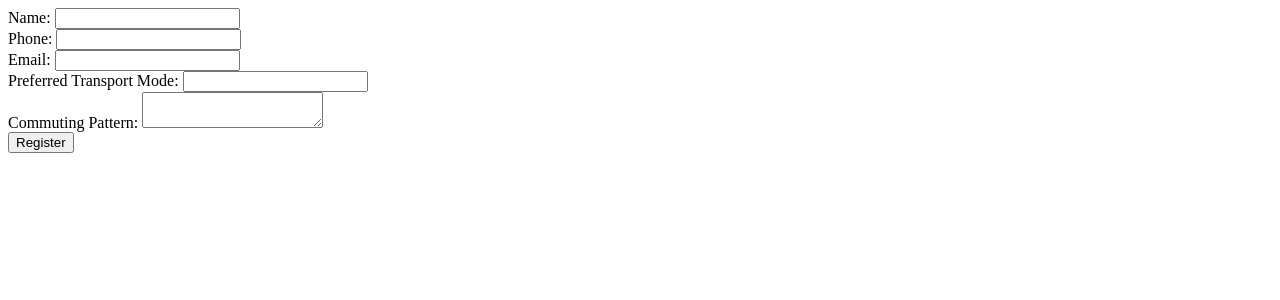
Repository: harutoNaiz/urban-mobility-system
Page: http://localhost/register
These files come from the project's save history. The page is drawn as it stood at one moment and after the next save; the edit follows.
The browser window is 1280 px wide. The pictures show the whole page.
The page is served by the project's application, run on Flask 3 (app.py).

Above is the page before, as saved 2024-11-12 19:48:03.

After the next save:
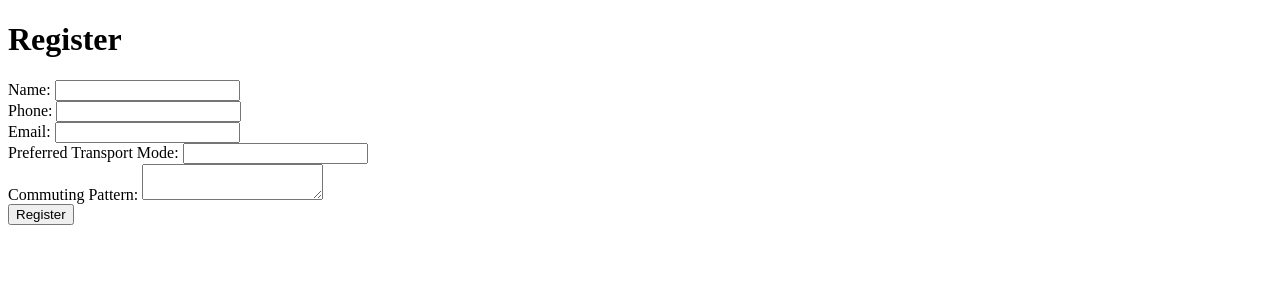
Saved 20 s later.
--- a/templates/register.html
+++ b/templates/register.html
@@ -1,9 +1,29 @@
-<!-- templates/register.html -->
-<form action="{{ url_for('register_user') }}" method="post">
-    <label>Name: <input type="text" name="name"></label><br>
-    <label>Phone: <input type="text" name="phone"></label><br>
-    <label>Email: <input type="email" name="email"></label><br>
-    <label>Preferred Transport Mode: <input type="text" name="preferred_transport"></label><br>
-    <label>Commuting Pattern: <textarea name="commuting_pattern"></textarea></label><br>
-    <button type="submit">Register</button>
-</form>
+<!DOCTYPE html>
+<html lang="en">
+<head>
+    <meta charset="UTF-8">
+    <meta name="viewport" content="width=device-width, initial-scale=1.0">
+    <title>Register</title>
+</head>
+<body>
+    <h1>Register</h1>
+    <form method="POST">
+        <label for="name">Name:</label>
+        <input type="text" id="name" name="name" required><br>
+
+        <label for="phone">Phone:</label>
+        <input type="text" id="phone" name="phone" required><br>
+
+        <label for="email">Email:</label>
+        <input type="email" id="email" name="email" required><br>
+
+        <label for="preferred_transport">Preferred Transport Mode:</label>
+        <input type="text" id="preferred_transport" name="preferred_transport" required><br>
+
+        <label for="commuting_pattern">Commuting Pattern:</label>
+        <textarea id="commuting_pattern" name="commuting_pattern" required></textarea><br>
+
+        <button type="submit">Register</button>
+    </form>
+</body>
+</html>
